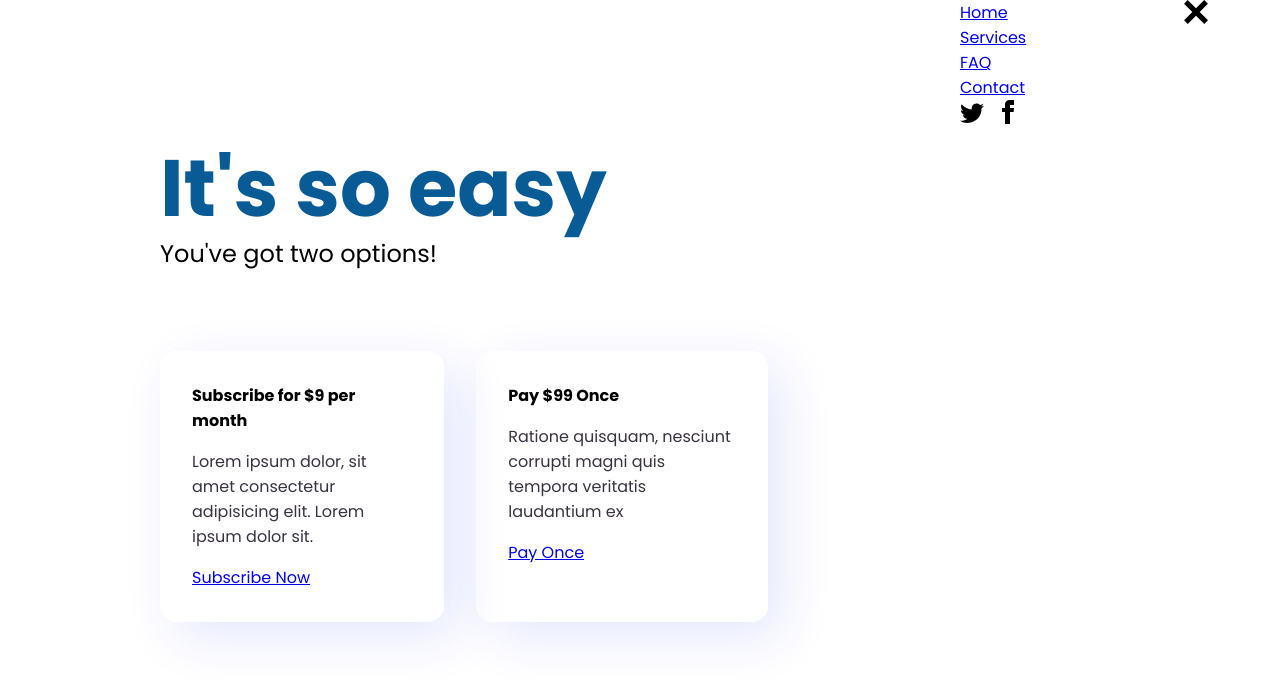
Repository: Hyperion72R/Animated-Navigation
Page: index.html
These files come from the project's save history. The page is drawn as it stood at one moment and after the next save; the edit follows.
The browser window is 1280 px wide. The pictures show the whole page.
The style sheet was rebuilt from its Sass, Less or Tailwind sources for each picture, by a compiler version that may differ from the author's.

Above is the page before, as saved 2021-08-25 16:09:07.

### index.html
<!DOCTYPE html>
<html lang="en">
  <head>
    <meta charset="UTF-8" />
    <meta http-equiv="X-UA-Compatible" content="IE=edge" />
    <meta name="viewport" content="width=device-width, initial-scale=1.0" />
    <title>Document</title>
    <link rel="stylesheet" href="css/main.css" />
  </head>
  <body>
    <header>
      <a href="#" class="logo">awesomeservice</a>

      <nav>
        <ul>
          <li><a href="#">Home</a></li>
          <li><a href="#">Services</a></li>
          <li><a href="#">FAQ</a></li>
          <li class="active"><a href="#">Become a member</a></li>
        </ul>
      </nav>
    </header>

    <section>
      <h1>Go Big or Go Home</h1>
    </section>

    <div class="overlay">
      <div class="left">
        <h2>It's so easy</h2>
        <p class="subhead">You've got two options!</p>

        <div class="cards">
          <div class="card">
            <strong>Subscribe for $9 per month</strong>
            <p>
              Lorem ipsum dolor, sit amet consectetur adipisicing elit. Lorem
              ipsum dolor sit.
            </p>
            <a href="#" class="cta">Subscribe Now</a>
          </div>

          <div class="card">
            <strong>Pay $99 Once</strong>
            <p>
              Ratione quisquam, nesciunt corrupti magni quis tempora veritatis
              laudantium ex
            </p>
            <a href="#" class="cta pay-once">Pay Once</a>
          </div>
        </div>
      </div>

      <div class="middle">
        <ul class="secondary">
          <li><a href="#">Home</a></li>
          <li><a href="#">Services</a></li>
          <li><a href="#">FAQ</a></li>
          <li><a href="#">Contact</a></li>
        </ul>

        <div class="social-nav">
          <a href="" class="twitter"
            ><svg
              xmlns="http://www.w3.org/2000/svg"
              width="32"
              height="32"
              viewBox="0 -1.15 32 32"
            >
              <path
                d="M24 4.557c-.883.392-1.832.656-2.828.775 1.017-.609 1.798-1.574 2.165-2.724-.951.564-2.005.974-3.127 1.195-.897-.957-2.178-1.555-3.594-1.555-3.179 0-5.515 2.966-4.797 6.045-4.091-.205-7.719-2.165-10.148-5.144-1.29 2.213-.669 5.108 1.523 6.574-.806-.026-1.566-.247-2.229-.616-.054 2.281 1.581 4.415 3.949 4.89-.693.188-1.452.232-2.224.084.626 1.956 2.444 3.379 4.6 3.419-2.07 1.623-4.678 2.348-7.29 2.04 2.179 1.397 4.768 2.212 7.548 2.212 9.142 0 14.307-7.721 13.995-14.646.962-.695 1.797-1.562 2.457-2.549z"
              /></svg
          ></a>
          <a href="" class="facebook"
            ><svg
              xmlns="http://www.w3.org/2000/svg"
              width="32"
              height="32"
              viewBox="0 0 32 32"
            >
              <path
                d="M9 8h-3v4h3v12h5v-12h3.642l.358-4h-4v-1.667c0-.955.192-1.333 1.115-1.333h2.885v-5h-3.808c-3.596 0-5.192 1.583-5.192 4.615v3.385z"
              /></svg
          ></a>
        </div>
      </div>

      <div class="right">
        <svg
          class="exit"
          xmlns="http://www.w3.org/2000/svg"
          width="58"
          height="58"
          viewBox="0 0 58 58"
        >
          <path
            d="M24 20.188l-8.315-8.209 8.2-8.282-3.697-3.697-8.212 8.318-8.31-8.203-3.666 3.666 8.321 8.24-8.206 8.313 3.666 3.666 8.237-8.318 8.285 8.203z"
          />
        </svg>
      </div>
    </div>
  </body>
</html>

### css/main.scss
@import url("https://fonts.googleapis.com/css2?family=Poppins:ital,wght@0,400;0,500;0,600;0,700;0,800;0,900;1,400;1,500;1,600;1,700;1,800;1,900&display=swap");

*,
*:before,
*::after {
  box-sizing: border-box;
}

body::after {
  content: "";
  display: block;
  width: 100%;
  //   height: 108%;
  height: 100%;
  //   background-color: rgba(51, 51, 51, 0.5);
  background: rgba(38, 73, 91, 0.8);

  position: absolute;
  top: 0;
  left: 0;
  right: 0;
  bottom: 0;
  z-index: -10;
}

body {
  height: 100vh;
  //   background: #8000ff url("../assets/images/bg.jpg");
  //   background: linear-gradient(rgba(4, 230, 168, 0.8), rgba(44, 189, 230, 0.8)),
  //     url("../assets/images/bg.jpg");
  background: url("../assets/images/bg.jpg");
  //   object-fit: scale-down;
  background-size: cover;
  color: white;
  font-family: "Poppins";
  margin: 0;
  //   background-position: center;
  //   padding: 0;
  //   overflow: hidden;
  background-repeat: no-repeat;
}

ul {
  list-style-type: none;
  margin: 0;
  padding: 0;
}

section,
header {
  width: 70%;
  margin: 0 auto;
}

// .social-nav,
// .right {
//   display: none;
// }

header {
  display: flex;
  justify-content: space-between;
  align-items: center;

  a {
    color: white;
    text-decoration: none;
    padding: 2em;
  }

  a.logo {
    font-weight: bold;
    font-size: 1.25rem;
    padding: 0;
  }

  nav ul {
    display: flex;

    a {
      padding: 2.5em 1.5em;
      display: block;
    }

    li.active a {
      font-weight: bold;
      background: white;
      color: black;
      margin-left: 2em;
      padding: 2.5em;
    }
  }
}

h1 {
  font-size: 4rem;
  width: 40%;
  line-height: 5rem;
  // margin-left: 1.2em;
  margin-left: 2em;
  margin-top: 2.8em;
  // margin-top: 1.4em;
}

//  Overlay

.overlay {
  position: fixed;
  height: 100vh;
  background: white;
  top: 0;
  left: 0;
  width: 100%;
  display: grid;
  grid-template-columns: 75% auto 6em;
}

.left,
.right,
.middle {
  height: 100vh;
}

h2 {
  color: #085b95;
  font-size: 5rem;
  margin: 0;
}

.left {
  padding: 8em 10em;

  p.subhead {
    color: black;
    font-size: 1.5rem;
    margin-top: -0.5em;
  }
}

.cards {
  display: flex;
  margin-top: 5em;

  .card {
    padding: 2em;
    box-shadow: 15px 15px 53px rgba(0, 38, 255, 0.11);
    border-radius: 1em;
    margin-right: 2em;

    strong {
      color: black;
    }

    p {
      color: #393241;
    }
  }
}

After the next save:
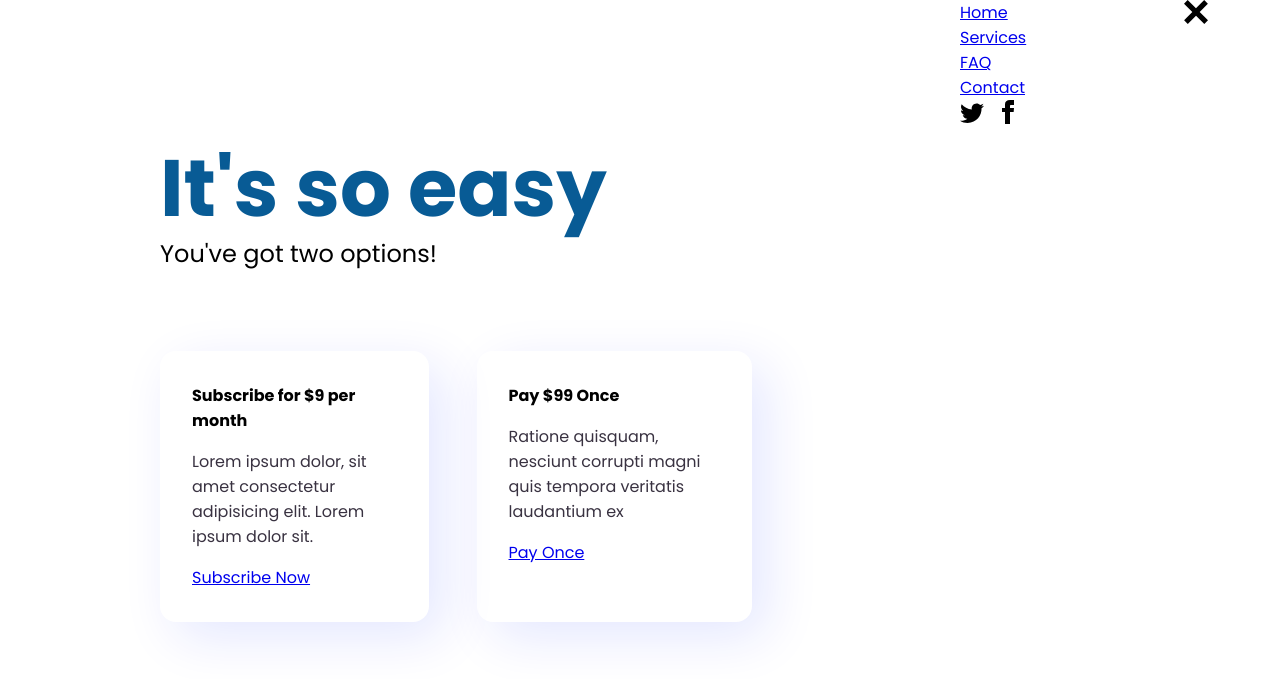
Saved 8 s later.
--- a/css/main.scss
+++ b/css/main.scss
@@ -145,7 +145,7 @@ h2 {
     padding: 2em;
     box-shadow: 15px 15px 53px rgba(0, 38, 255, 0.11);
     border-radius: 1em;
-    margin-right: 2em;
+    margin-right: 3em;
 
     strong {
       color: black;
